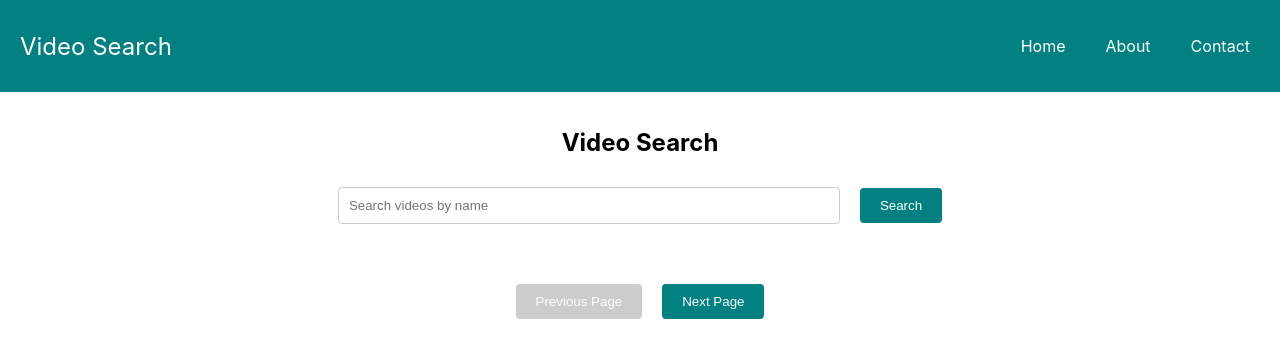
Repository: LolaSL/video-search
Page: /
These files come from the project's save history. The page is drawn as it stood at one moment and after the next save; the edit follows.
The browser window is 1280 px wide. The pictures show the whole page.
The project was rebuilt for these pictures with package versions that can differ from the ones it lists, and the page was loaded fresh each time.

Above is the page before, as saved 2023-08-12 13:54:28.

### src/App.js
import React from 'react';
import './App.css';
import VideoSearch from './VideoSearch';
import Navbar from './Navbar';
import { BrowserRouter as Router } from 'react-router-dom';

function App() {
  return (
    <Router>
      <div className="App">
        <Navbar />
        <div className="container">
          <VideoSearch />
        </div>
      </div>
    </Router>
  );
}

export default App;

### src/App.css
.App {
  text-align: center;
  text-shadow: 1px 1px solid grey;

}

.container {
  max-width: 800px;
  margin: 0 auto;
  padding: 20px;
}

h1 {
  font-size: 24px;
  margin-bottom: 20px;
}

input[type="text"] {
  padding: 10px;
  width:60%;
  margin: 10px;
  border: 1px solid #ccc;
  border-radius: 4px;
}

.video-list {
  display: grid;
  grid-template-columns: repeat(auto-fill, minmax(300px, 1fr));
  gap: 20px;
  margin-top: 20px;
}


button {
  margin: 10px;
  padding: 10px 20px;
  background: teal;
  color: #fff;
  border: none;
  border-radius: 4px;
  cursor: pointer;
}

button:disabled {
  background-color: #ccc;
  cursor: not-allowed;
}

iframe {
  width: 100%;
  height: 415px;
  border: none;
  margin-top: 15px;
}

.video-item {
  margin: 20px 0;
  padding: 20px;
  border: 1px solid #ccc;
  border-radius: 4px;
}

.video-title {
  font-size: 18px;
  margin-bottom: 10px;
}

.pagination {
  margin-top: 20px;
}

.pagination button {
  margin-right: 10px;
}
/* Navbar styles */
.navbar {
  display: flex;
  justify-content: space-between;
  align-items: center;
  padding: 10px 20px;
  background: teal;
  color: white;
}

.navbar-logo {
  font-size: 1.5rem;
}

.nav-toggle {
  display: none;
  background: none;
  border: none;
  color: white;
  font-size: 1rem;
  cursor: pointer;
}

.navbar-nav {
  list-style: none;
  display: flex;
  gap: 20px;
}

.nav-item {
  padding: 10px;
}

.nav-link {
  color: white;
  text-decoration: none;
}

/* Show the navigation links when the navbar is open */
.navbar-nav.open {
  display: flex;
  flex-direction: column;
  position: absolute;
  background-color: #333;
  top: 55px;
  right: 20px;
  z-index: 1000;
}


@media screen and (max-width: 768px) {

  .container {
    padding: 10px;
    margin: 30px;
  }

  input[type="text"] {
    width:80%;
    margin: 20px;
    margin-bottom: 10px;
  }

  button {
    width: 50%;
    margin-bottom: 10px;
  }

  .video-item {
    padding: 10px;
    margin: 10px 20px;
  }

  .pagination {
    text-align: center;
  }
}

### src/VideoSearch.jsx
import React, { useState } from 'react';
import axios from 'axios';

const API_KEY = 'YOUR_YOUTUBE_API_KEY';
const CHANNEL_ID = 'YOUR_CHANNEL_ID';
const RESULTS_PER_PAGE = 10;

const VideoSearch = () => {
  const [videos, setVideos] = useState([]);
  const [searchTerm, setSearchTerm] = useState('');
  const [currentPage, setCurrentPage] = useState(1);

  const searchVideos = async () => {
    try {
      const response = await axios.get(
        `https://www.googleapis.com/youtube/v3/search?key=${API_KEY}&channelId=${CHANNEL_ID}&part=snippet,id&type=video&q=${searchTerm}&maxResults=${RESULTS_PER_PAGE}&pageToken=${currentPage > 1 ? videos.length : ''}`
      );

      setVideos(response.data.items);
    } catch (error) {
      console.error('Error fetching videos:', error);
    }
  };

  const handlePageChange = (newPage) => {
    setCurrentPage(newPage);
    searchVideos();
  };

  return (
    <div className="video-search-container">
      <h1>Video Search</h1>
      <input
        type="text"
        placeholder="Search videos by name"
        value={searchTerm}
        onChange={(e) => setSearchTerm(e.target.value)}
      />
      <button onClick={() => handlePageChange(1)}>Search</button>

      <div className="video-list">
        {videos.map((video) => (
          <div key={video.id.videoId} className="video-item">
            <h2>{video.snippet.title}</h2>
            <div className="video-container">
              <div className="video-frame">
                <iframe
                  title={video.snippet.title}
                  src={`https://www.youtube.com/embed/${video.id.videoId}`}
                  className="video-iframe"
                  frameBorder="0"
                  allowFullScreen
                ></iframe>
              </div>
            </div>
          </div>
        ))}
      </div>

      <div className="pagination">
        <button
          onClick={() => handlePageChange(currentPage - 1)}
          disabled={currentPage === 1}
        >
          Previous Page
        </button>
        <button onClick={() => handlePageChange(currentPage + 1)}>Next Page</button>
      </div>
    </div>
  );
};

export default VideoSearch;

### src/Navbar.jsx
import React, { useState } from 'react';
import { Link } from 'react-router-dom';

const Navbar = () => {
  const [isNavOpen, setIsNavOpen] = useState(false);

  const toggleNav = () => {
    setIsNavOpen(!isNavOpen);
  };

  return (
    <nav className="navbar">
      <div className="navbar-brand">
        <span className="navbar-logo">Video Search</span>
      </div>
      <button className="nav-toggle" onClick={toggleNav}>
        {isNavOpen ? 'Close' : 'Open'}
      </button>
      <ul className={`navbar-nav ${isNavOpen ? 'open' : ''}`}>
        <li className="nav-item">
          <Link to="/" className="nav-link">Home</Link>
        </li>
        <li className="nav-item">
          <Link to="/about" className="nav-link">About</Link>
        </li>
        <li className="nav-item">
          <Link to="/contact" className="nav-link">Contact</Link>
        </li>
      </ul>
    </nav>
  );
};

export default Navbar;

Loaded but not shown: public/index.html (common file); src/index.js (common file); src/index.css (common file); src/reportWebVitals.js (common file)

After the next save:
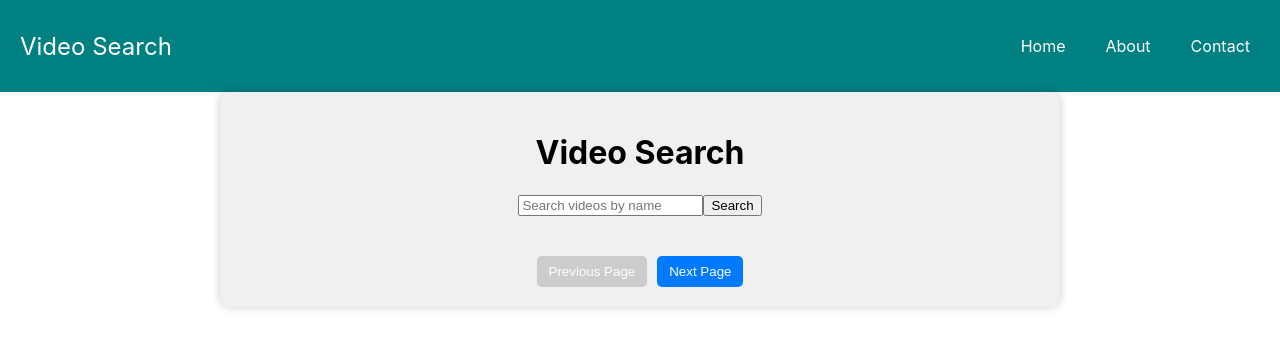
Saved 62 s later.
--- a/src/App.css
+++ b/src/App.css
@@ -4,25 +4,17 @@
 
 }
 
-.container {
+/* Video Search Container */
+.video-search-container {
   max-width: 800px;
   margin: 0 auto;
   padding: 20px;
+  background-color: #f0f0f0;
+  border-radius: 10px;
+  box-shadow: 0 0 10px rgba(0, 0, 0, 0.2);
 }
 
-h1 {
-  font-size: 24px;
-  margin-bottom: 20px;
-}
-
-input[type="text"] {
-  padding: 10px;
-  width:60%;
-  margin: 10px;
-  border: 1px solid #ccc;
-  border-radius: 4px;
-}
-
+/* Video List */
 .video-list {
   display: grid;
   grid-template-columns: repeat(auto-fill, minmax(300px, 1fr));
@@ -30,48 +22,57 @@
   margin-top: 20px;
 }
 
+/* Video Item */
+.video-item {
+  background-color: #ffffff;
+  border-radius: 10px;
+  box-shadow: 0 4px 6px rgba(0, 0, 0, 0.1);
+}
 
-button {
-  margin: 10px;
-  padding: 10px 20px;
-  background: teal;
+/* Video Container */
+.video-container {
+  position: relative;
+  overflow: hidden;
+  padding-top: 56.25%; /* 16:9 aspect ratio */
+}
+
+/* Video Frame */
+.video-frame {
+  position: absolute;
+  top: 0;
+  left: 0;
+  width: 100%;
+  height: 100%;
+}
+
+.video-iframe {
+  width: 100%;
+  height: 100%;
+  border: none;
+}
+
+/* Pagination */
+.pagination {
+  margin-top: 20px;
+  text-align: center;
+}
+
+.pagination button {
+  margin: 0 5px;
+  padding: 8px 12px;
+  background-color: #007bff;
   color: #fff;
   border: none;
-  border-radius: 4px;
+  border-radius: 5px;
   cursor: pointer;
+  transition: background-color 0.2s;
 }
 
-button:disabled {
+.pagination button:disabled {
   background-color: #ccc;
   cursor: not-allowed;
 }
 
-iframe {
-  width: 100%;
-  height: 415px;
-  border: none;
-  margin-top: 15px;
-}
-
-.video-item {
-  margin: 20px 0;
-  padding: 20px;
-  border: 1px solid #ccc;
-  border-radius: 4px;
-}
-
-.video-title {
-  font-size: 18px;
-  margin-bottom: 10px;
-}
-
-.pagination {
-  margin-top: 20px;
-}
-
-.pagination button {
-  margin-right: 10px;
-}
 /* Navbar styles */
 .navbar {
   display: flex;

After the 5 saves that followed:
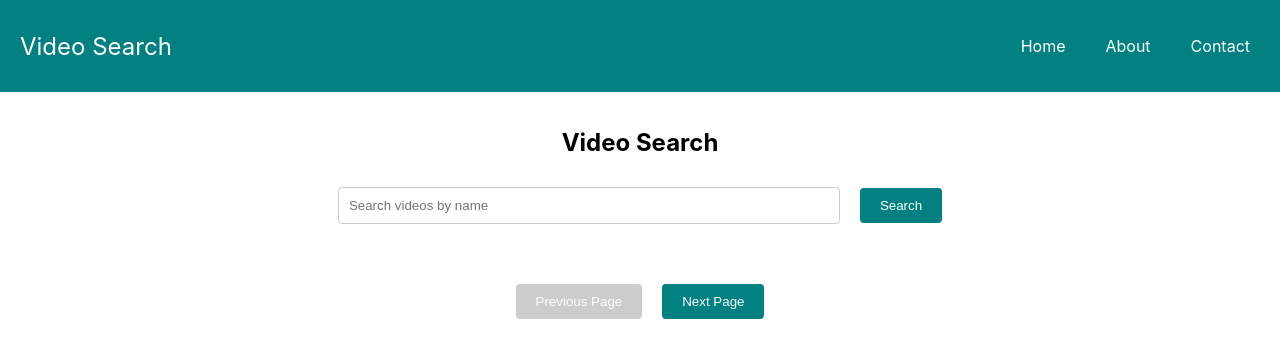
The 5 saves are shown as one change because 3 left the picture as it was and some came seconds apart.
The last was saved 2 min 10 s later.
--- a/src/App.css
+++ b/src/App.css
@@ -4,17 +4,25 @@
 
 }
 
-/* Video Search Container */
-.video-search-container {
+.container {
   max-width: 800px;
   margin: 0 auto;
   padding: 20px;
-  background-color: #f0f0f0;
-  border-radius: 10px;
-  box-shadow: 0 0 10px rgba(0, 0, 0, 0.2);
 }
 
-/* Video List */
+h1 {
+  font-size: 24px;
+  margin-bottom: 20px;
+}
+
+input[type="text"] {
+  padding: 10px;
+  width:60%;
+  margin: 10px;
+  border: 1px solid #ccc;
+  border-radius: 4px;
+}
+
 .video-list {
   display: grid;
   grid-template-columns: repeat(auto-fill, minmax(300px, 1fr));
@@ -22,57 +30,48 @@
   margin-top: 20px;
 }
 
-/* Video Item */
-.video-item {
-  background-color: #ffffff;
-  border-radius: 10px;
-  box-shadow: 0 4px 6px rgba(0, 0, 0, 0.1);
+
+button {
+  margin: 10px;
+  padding: 10px 20px;
+  background: teal;
+  color: #fff;
+  border: none;
+  border-radius: 4px;
+  cursor: pointer;
 }
 
-/* Video Container */
-.video-container {
-  position: relative;
-  overflow: hidden;
-  padding-top: 56.25%; /* 16:9 aspect ratio */
-}
-
-/* Video Frame */
-.video-frame {
-  position: absolute;
-  top: 0;
-  left: 0;
-  width: 100%;
-  height: 100%;
-}
-
-.video-iframe {
-  width: 100%;
-  height: 100%;
-  border: none;
-}
-
-/* Pagination */
-.pagination {
-  margin-top: 20px;
-  text-align: center;
-}
-
-.pagination button {
-  margin: 0 5px;
-  padding: 8px 12px;
-  background-color: #007bff;
-  color: #fff;
-  border: none;
-  border-radius: 5px;
-  cursor: pointer;
-  transition: background-color 0.2s;
-}
-
-.pagination button:disabled {
+button:disabled {
   background-color: #ccc;
   cursor: not-allowed;
 }
 
+iframe {
+  width: 100%;
+  height: 415px;
+  border: none;
+  margin-top: 15px;
+}
+
+.video-item {
+  margin: 20px 0;
+  padding: 20px;
+  border: 1px solid #ccc;
+  border-radius: 4px;
+}
+
+.video-title {
+  font-size: 18px;
+  margin-bottom: 10px;
+}
+
+.pagination {
+  margin-top: 20px;
+}
+
+.pagination button {
+  margin-right: 10px;
+}
 /* Navbar styles */
 .navbar {
   display: flex;
